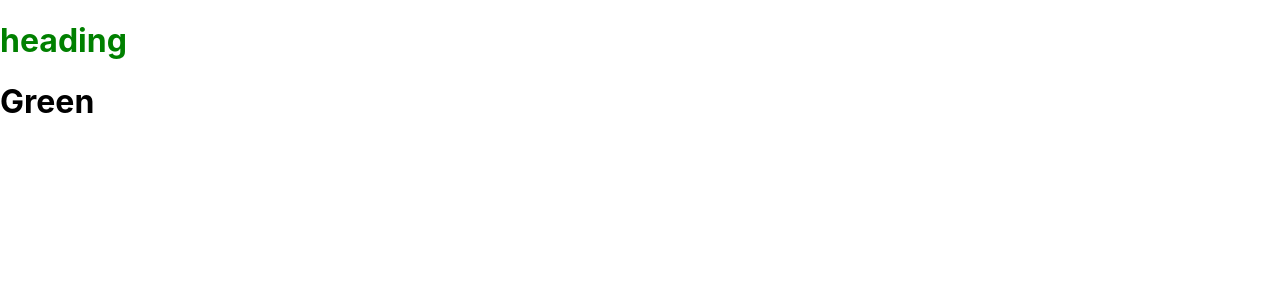
Repository: Nakamurus/nextjs_tutorial
Page: /styling/css-modules
These files come from the project's save history. The page is drawn as it stood at one moment and after the next save; the edit follows.
The browser window is 1280 px wide. The pictures show the whole page.
The project was rebuilt for these pictures with package versions that can differ from the ones it lists, and the page was loaded fresh each time. The framework's server and built-in components were replaced by stand-ins that run in the browser.

Above is the page before, as saved 2020-12-25 12:29:16.

### pages/_app.tsx
import '../styles/globals.css'

// executed on the both server and client side.
function MyApp({ Component, pageProps }) {
  console.log('HELLOO')
  return <Component {...pageProps} />
}

export default MyApp

### pages/_document.tsx
import Document, {Html, Head, Main, NextScript } from 'next/document';

// Root file for global configulation, like meta property or analytics
// Rendered on the server side, NEVER on the client side
export default class CustomDocument extends Document {
    render() {
        return <Html>
            <Head>
                <meta property="custom" content="test" />
            </Head>
            <body>
                <Main />
            </body>
            <NextScript />
        </Html>
    }
}

### pages/styling/css-modules.tsx
import styles from './modules.module.css';

function Heading(props) {
    return (
        <div>
            <h1 className={styles.red}>{props.heading}</h1>
        </div>
    );
}

export default function Home() {
    return (
        <div>
            <Heading heading="heading"/>
            <h1>Green</h1>
        </div>
    );
}

### pages/styling/modules.module.css
h1.red {
    color: green;
}

Loaded but not shown: styles/globals.css (common file)

After the next save:
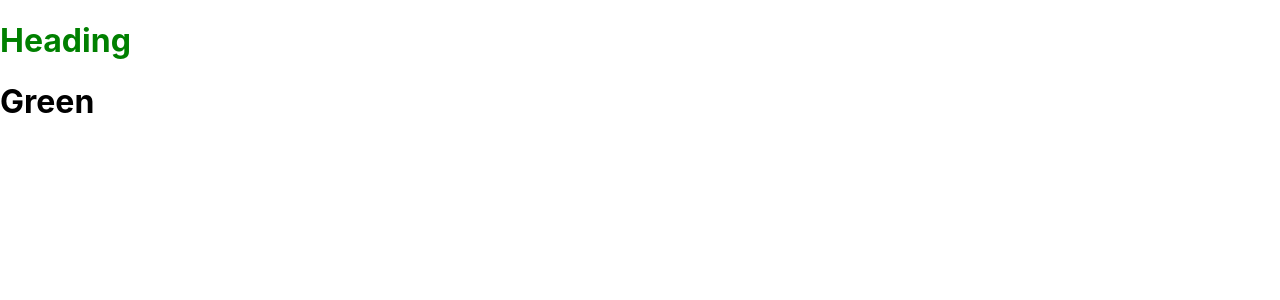
Saved 26 s later.
--- a/pages/styling/css-modules.tsx
+++ b/pages/styling/css-modules.tsx
@@ -11,7 +11,7 @@ function Heading(props) {
 export default function Home() {
     return (
         <div>
-            <Heading heading="heading"/>
+            <Heading heading="Heading"/>
             <h1>Green</h1>
         </div>
     );
